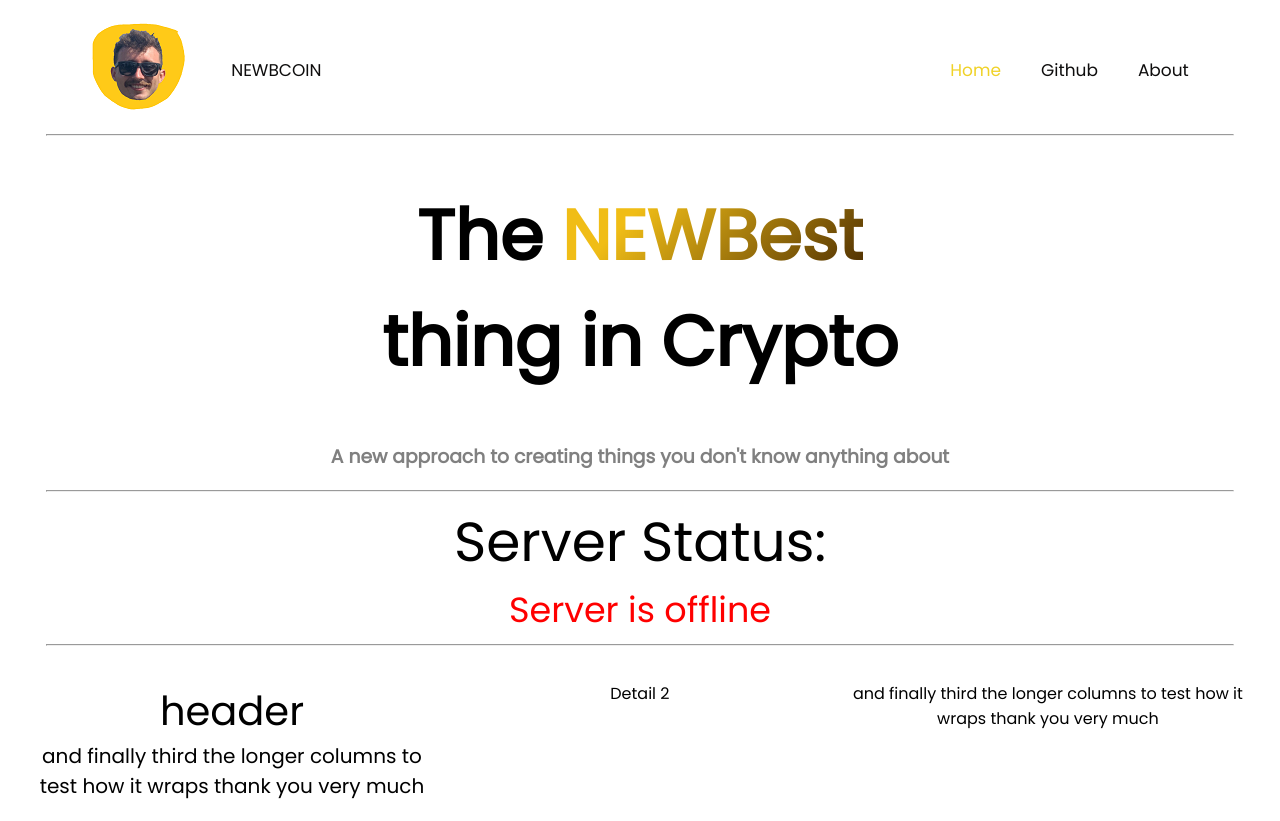
Repository: heartcut/NEWBCOINsite
Page: index.html
These files come from the project's save history. The page is drawn as it stood at one moment and after the next save; the edit follows.
The browser window is 1280 px wide. The pictures show the whole page.
The page's requests for data from a server got no answer.

Above is the page before, as saved 2022-02-09 02:16:40.

### index.html
<!doctype html>

<html lang="en">

<head>
    <meta charset="utf-8">
    <meta name="viewport" content="width=device-width, initial-scale=1">

    <title>NEWBCOIN</title>
    <meta name="description" content="A simple HTML5 Template for new projects.">
    <meta name="author" content="SitePoint">

    <meta property="og:title" content="NEWBCOIN">
    <meta property="og:type" content="website">
    <meta property="og:url" content="https://www.sitepoint.com/a-basic-html5-template/">
    <meta property="og:description" content="A simple HTML5 Template for new projects.">
    <meta property="og:image" content="image.png">

    <link rel="icon" type="image/png" href="favicon-32x32.png">

    <link rel="stylesheet" href="styles.css">

    <link rel="preconnect" href="https://fonts.googleapis.com">
    <link rel="preconnect" href="https://fonts.gstatic.com" crossorigin>
    <link href="https://fonts.googleapis.com/css2?family=Poppins:wght@100;400&display=swap" rel="stylesheet">
</head>

<body style="font-family:'Poppins', sans-serif;">
    <div class="topnav">
        <img src="newbcoinlogo.png" id="navbarleft" style="vertical-align:middle;" alt="logo" />

        <a href="#news" id="navbarleft">
            NEWBCOIN
        </a>


        <a href="#contact">About</a>
        <a href="#about">Github</a>
        <a class="active" href="#home">Home</a>
    </div>
    <hr style="margin-left: 3%;margin-right: 3%;color:rgb(168, 168, 163)">


    <h1 style="text-align: center;font-size: 70px;">
        The
        <span
            style="background: -webkit-linear-gradient(315deg,#f0bd16 25%,#462801);background-clip: text;-webkit-background-clip: text;-webkit-text-fill-color: transparent;">
            NEWBest</span>
        <div>thing in Crypto</div>

    </h1>
    <h3 style="text-align: center;color: grey;">A new approach to creating things you don't know anything about</h3>
    <hr style="margin-left: 3%;margin-right: 3%;color:rgb(168, 168, 163)">


    <div style="text-align: center;font-size: 55px;">Server Status:</div>
    <div style="text-align: center;font-size: 35px;" class="statusofserver">Checking Server Status...</div>

    <hr style="margin-left: 3%;margin-right: 3%;color:rgb(168, 168, 163)">

    <div class="featuresrow" style="text-align: center;padding-top: 15px;margin: 20px;">
        <div class="featurescolumn">
            <div style="font-size: 40px;">header</div>
            <div style="font-size: 20px;">and finally third the longer columns to test how it wraps thank you very much
            </div>
        </div>
        <div class="featurescolumn"> Detail 2</div>
        <div class="featurescolumn">and finally third the longer columns to test how it wraps thank you very much</div>
    </div>

    <script src="scripts.js"></script>
</body>

</html>

### styles.css
/* Add a black background color to the top navigation */
.topnav {
  overflow: hidden;
  padding-left: 5%;
  padding-right: 5%;
  }

  /* Style the links inside the navigation bar */
  .topnav a,img {
    float: right;
    color: #0e0d0d;
    padding: 15px 20px;
    text-decoration: none;
    text-align: center;
    font-size: 17px;

  }
  .topnav a {
    margin-top: 34px;

  }
  /* Change the color of links on hover */
  .topnav a:hover {
    color: rgb(240, 210, 40);
  }
 #navbarleft{
     float: left;
 }
  /* Add a color to the active/current link */
  .topnav a.active {
    color: rgb(240, 210, 40);
  }

  .featurescolumn {
    float: left;
    width: 33.33%;
  }

  /* Clear floats after the columns */
  .featuresrow:after {
    content: "";
    display: table;
    clear: both;
  }

### scripts.js

window.onload = function () {
    //collection[0].innerHTML = "Server is online";
    getstatus();

};

async function getstatus() {
    try {
        var uri = 'http://google.com'
        //var uri = 'http://127.0.0.1:5000/api/statuscheck/'
        var xhr = new XMLHttpRequest();
        xhr.open("GET", uri, false);
        xhr.send(null);
        const collection = document.getElementsByClassName("statusofserver");
        collection[0].innerHTML = "Server is online";
        collection[0].style.color = "green";
    }
    catch (err) {
        //is offline

        const collection = document.getElementsByClassName("statusofserver");
        collection[0].innerHTML = "Server is offline";
        collection[0].style.color = "red";
    }

    // if (xhr.status == 200) {
    //     //is online
    //     const collection = document.getElementsByClassName("statusofserver");

    //     collection[0].innerHTML = "Server is online";
    //     collection[0].style.color = "green";
    // }
    // else {
    //     //is offline
    //     const collection = document.getElementsByClassName("statusofserver");

    //     collection[0].innerHTML = "Server is offline";
    //     collection[0].style.color = "red";
    // }

}

After the next save:
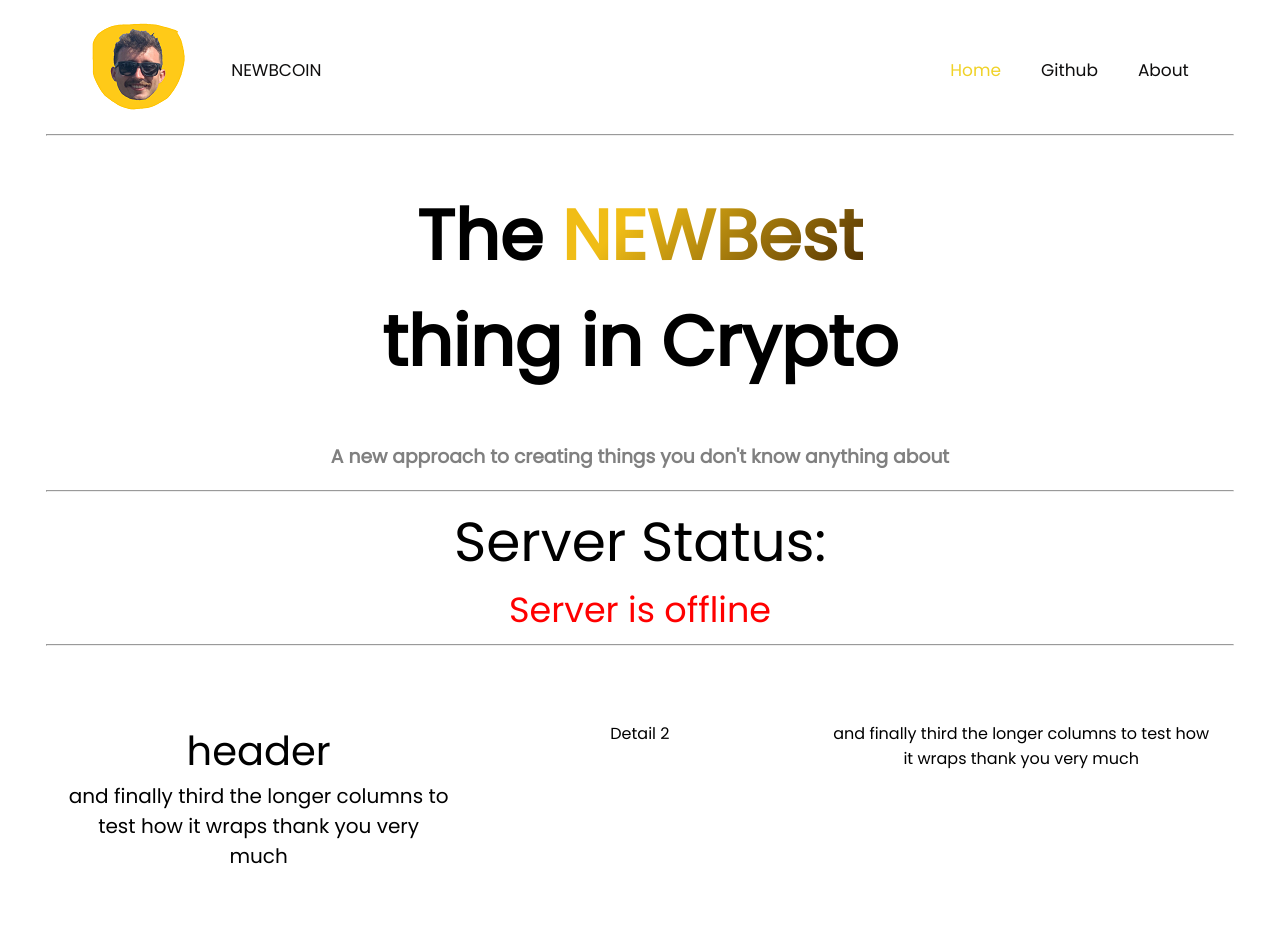
Saved 7 s later.
--- a/index.html
+++ b/index.html
@@ -58,7 +58,7 @@
 
     <hr style="margin-left: 3%;margin-right: 3%;color:rgb(168, 168, 163)">
 
-    <div class="featuresrow" style="text-align: center;padding-top: 15px;margin: 20px;">
+    <div class="featuresrow" style="text-align: center;padding-top: 15px;margin: 60px;">
         <div class="featurescolumn">
             <div style="font-size: 40px;">header</div>
             <div style="font-size: 20px;">and finally third the longer columns to test how it wraps thank you very much
